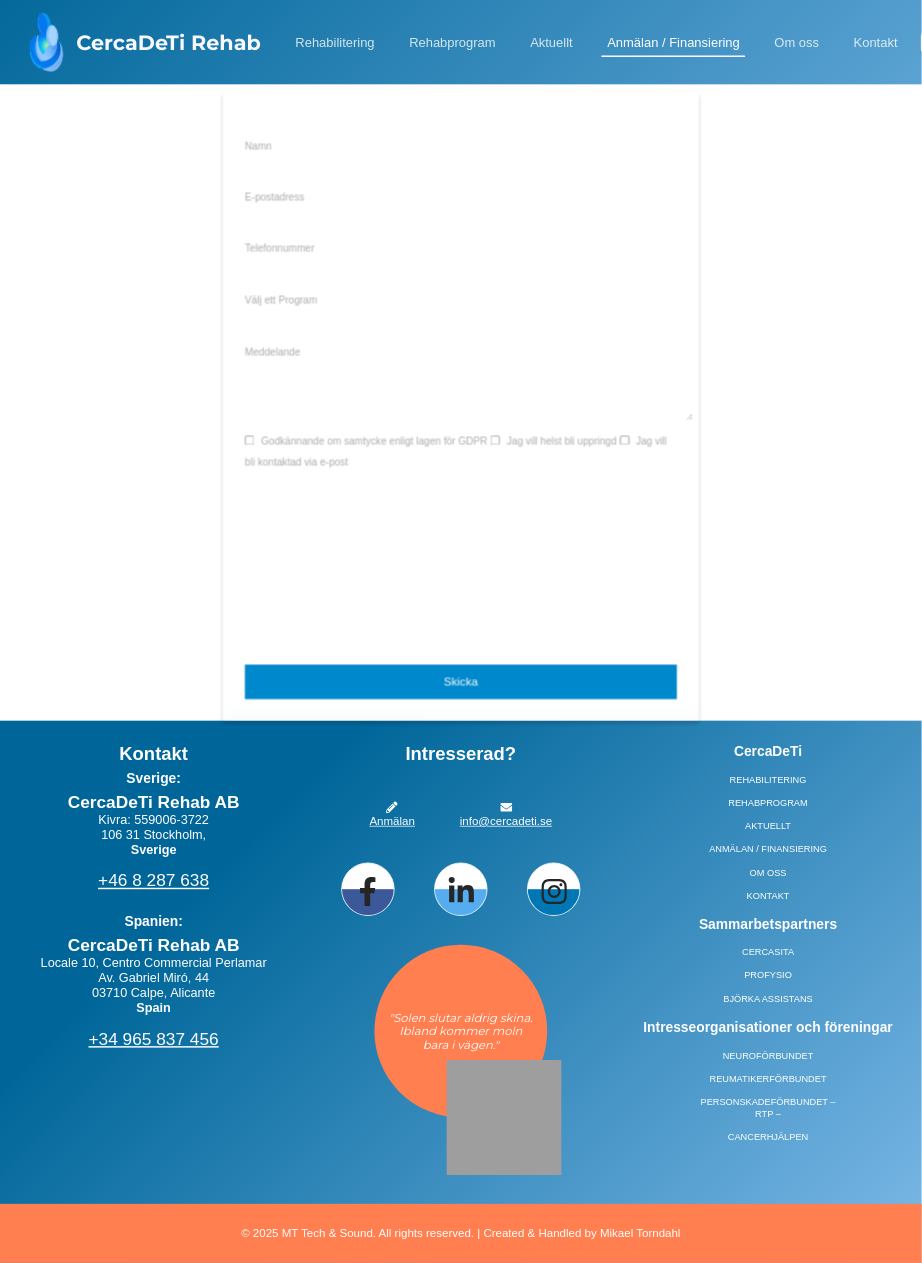
Repository: micketorndahl/CercaDeTi-rehab
Page: anmalan-form.html
An editor plug-in stored every save of this project. The page is shown before and after the next save, followed by the edit.
The browser window is 1280 px wide. The pictures show the whole page, at 72% of full size.
Pictures or frames that could not be fetched are drawn as grey boxes. The page's requests for data from a server got no answer. Some web fonts or font styles are not loaded; a fallback is used. Some web libraries are served in a nearby version.

Above is the page before, as saved 2025-02-01 18:28:18.
Console error: TypeError: Cannot read properties of null (reading 'addEventListener')

After the next save:
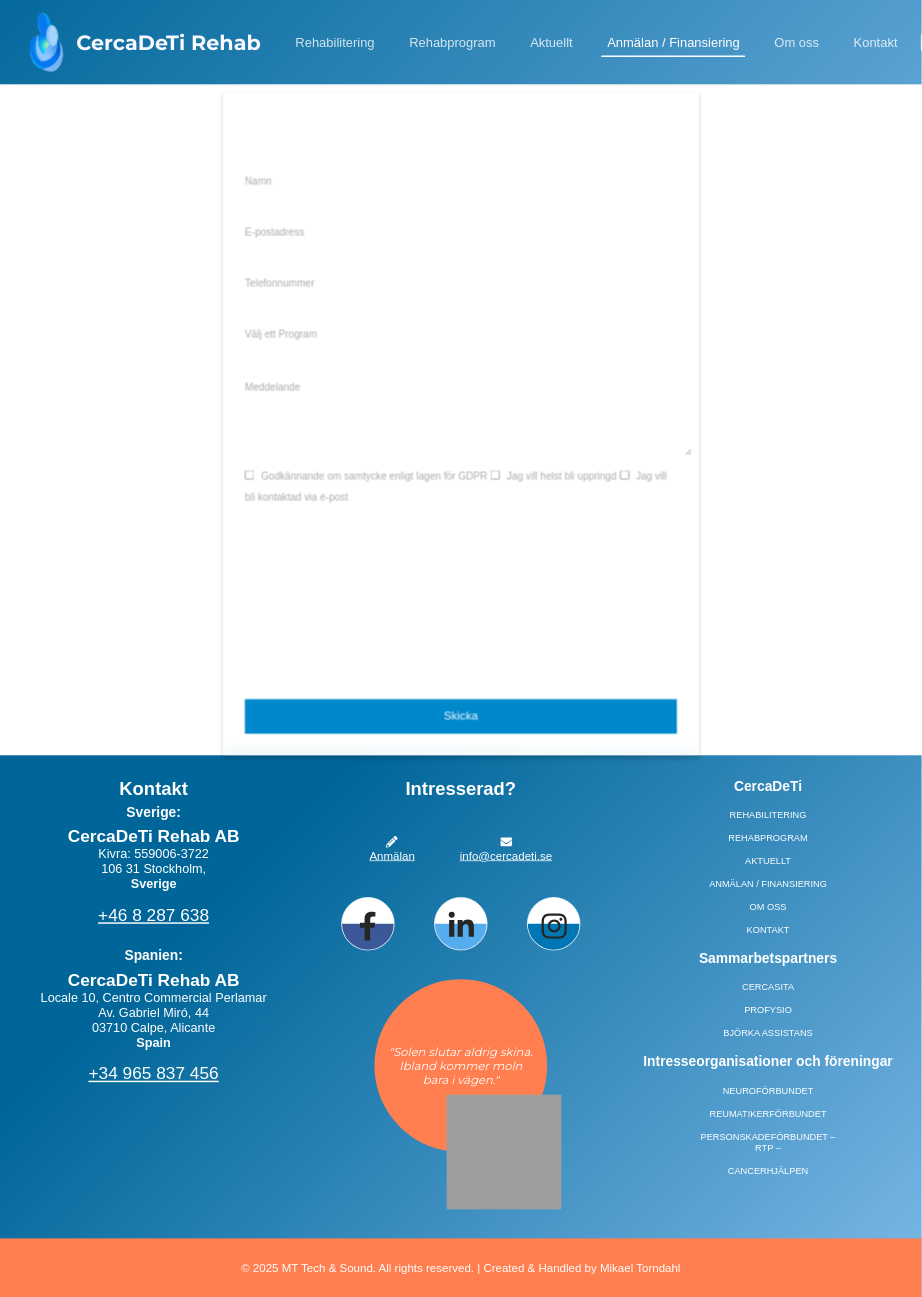
Saved 7 s later.
--- a/css/layout.css
+++ b/css/layout.css
@@ -304,7 +304,7 @@
 .form-container h2 {
   text-align: center;
   color: var(--white);
-  font-size: 1rem;
+  font-size: 4rem;
   margin-bottom: 20px;
 }
 
